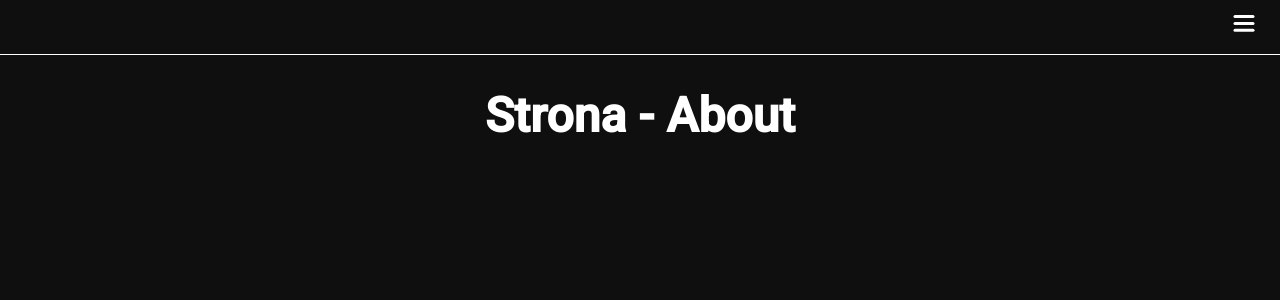
Repository: KrzysKolo/sr_tydzien5_zad3
Page: /About
An editor plug-in stored every save of this project. The page is shown before and after the next save, followed by the edit.
The browser window is 1280 px wide. The pictures show the whole page.
The project was rebuilt for these pictures with package versions that can differ from the ones it lists, and the page was loaded fresh each time. Also part of the build but not shown: src/components/pages/Home.js, src/components/pages/Contact.js, src/components/pages/Products.js.

Above is the page before, as saved 2020-12-31 12:40:57.

### public/index.html
<!DOCTYPE html>
<html lang="en">
  <head>
    <meta charset="utf-8" />
    <link rel="icon" href="%PUBLIC_URL%/favicon.ico" />
    <meta name="viewport" content="width=device-width, initial-scale=1" />
    <meta name="theme-color" content="#000000" />
    <meta
      name="description"
      content="Web site created using create-react-app"
    />
    <link rel="apple-touch-icon" href="%PUBLIC_URL%/logo192.png" />
    <!--
      manifest.json provides metadata used when your web app is installed on a
      user's mobile device or desktop. See https://developers.google.com/web/fundamentals/web-app-manifest/
    -->
    <link rel="manifest" href="%PUBLIC_URL%/manifest.json" />
    <!--
      Notice the use of %PUBLIC_URL% in the tags above.
      It will be replaced with the URL of the `public` folder during the build.
      Only files inside the `public` folder can be referenced from the HTML.

      Unlike "/favicon.ico" or "favicon.ico", "%PUBLIC_URL%/favicon.ico" will
      work correctly both with client-side routing and a non-root public URL.
      Learn how to configure a non-root public URL by running `npm run build`.
    -->
    <link rel="preconnect" href="https://fonts.gstatic.com">
    <link href="https://fonts.googleapis.com/css2?family=Poppins:wght@300;400&family=Roboto:wght@500&display=swap" rel="stylesheet">
    <title>Menu nawigacyjne</title>
  </head>
  <body>
    <noscript>You need to enable JavaScript to run this app.</noscript>
    <div id="root"></div>
    <!--
      This HTML file is a template.
      If you open it directly in the browser, you will see an empty page.

      You can add webfonts, meta tags, or analytics to this file.
      The build step will place the bundled scripts into the <body> tag.

      To begin the development, run `npm start` or `yarn start`.
      To create a production bundle, use `npm run build` or `yarn build`.
    -->
  </body>
</html>

### src/App.js
import React from 'react';
import styled from 'styled-components';
import './App.css';
import { BrowserRouter as Router, Route } from 'react-router-dom';
import Navbar from './components/navbar/Navbar';
import Home from './components/pages/Home';
import Contact from './components/pages/Contact';
import About from './components/pages/About';
import Products from './components/pages/Products';

const AppContainer = styled.div`
  width: 100vw;
  height: 100vh;
  display: flex;
  flex-direction: column;
  align-items: center;
  background-color: rgba(15, 15, 15, 1);
  color: #fff;
`;
const InnerContainer = styled.div`
  width: 100%;
  display: flex;
  flex-direction: column;
  align-items: center;
  padding: 2rem;
`;
const SomeContent = styled.h2`
  color: #fff;
`;
const App = () => {
  return (
    <Router>
      <AppContainer>
        <Navbar />
        <InnerContainer>
          <SomeContent>
            <Route path="/" exact component={Home} />
            <Route path="/About" component={About} />
            <Route path="/Contact" component={Contact} />
            <Route path="/Products" component={Products} />
          </SomeContent>
        </InnerContainer>
      </AppContainer>
    </Router>
  )
}

export default App;

### src/App.css
* {
  box-sizing: border-box;
  padding: 0;
  margin: 0;
}
body {
  font-family: "Roboto", sans-serif;
}

### src/components/navbar/Navbar.js
import React from 'react';
import styled from 'styled-components';
import HamburgerMenu from './../../components/hamburgerMenu/HamburgerMenu';

const NavbarContainer = styled.div`
    width: 100vw;
    height: 55px;
    border-bottom: 1px solid #fff;
    display: flex;
    flex-direction: row-reverse;
    align-items: center;
    padding: 0 1.5rem;
`;
const Navbar = () => {
    return (
        <NavbarContainer>
            <HamburgerMenu />
        </NavbarContainer>
    )
}

export default Navbar;

### src/components/pages/About.js
import React from 'react';

const About = () => {
    return (
        <>
            <h1>Strona - About</h1>
        </>
    )
}

export default About;

### src/components/hamburgerMenu/HamburgerMenu.js
import React, { useState } from 'react';
import styled from 'styled-components';
import MenuToggle from './MenuToggle';
import NavMenu from './NavMenu';
import { motion } from 'framer-motion';
import { FontAwesomeIcon } from '@fortawesome/react-fontawesome';
import { faUserCircle } from '@fortawesome/free-solid-svg-icons';

const HamburgerMenuContainer = styled.div`
    display: flex;
`;

const HamburgerIcon = styled.div`
    color: ${({ reverseColor }) => reverseColor ? "#000" : "#fff"};
    cursor: pointer;
    z-index: 99;
    transition: all 0.25s ease-in-out;
`;

const MenuContainer = styled(motion.div)`
    height: 100%;
    width: 100%;
    max-width: 100%;
    background-color: #fff;
    box-shadow: -2px 0 2px rgba(15, 15, 15, 0.3);
    z-index: 90;
    position: fixed;
    top: 0;
    right: 0;
    transform: translateX(4em);
    user-select: none;
    padding: 1rem 2.5rem;

`;

const TopContainer = styled.div`
    display: flex;
    width: 100%;
`;

const IconContainer = styled.div`
    font-size: 15px;
    color: #555;
    padding-right: 5px;
`;

const LoginButton = styled(motion.button)`
    border: 0;
    background: transparent;
    color: #555;
    display: flex;
    flex-direction: row;
    font-size: 13px;
    font-weight: 700;
    transition: all .25s ease-in-out;
    &:hover {
        color: #666;
    }
    &:focus {
        outline: none;
    }
    &:not(:last-of-type){
        border-right: 1px solid #cecece;
        padding-right: 10px;
        margin-right: 10px;
    }
`;

const ContentContainer = styled.div`
    display: flex;
    flex-direction: column;
    margin-top: 1rem;
`;

const menuTransition = { type: "spring", duration: 1, stiffness: 33, delay: 0.1 }
const menuVariants = {
    open: {
        transform: "translateX(3%)",
    },
    closed: {
        transform: "translateX(103%)",
    },
}

const HamburgerMenu = (props) => {
    const [isOpen, setIsOpen] = useState(false)
    const toggleMenu = () => {
        setIsOpen(!isOpen);
    }
    return (
        <HamburgerMenuContainer>
            <HamburgerIcon>
                <MenuToggle toggle={toggleMenu} isOpen={isOpen} />
            </HamburgerIcon>

            <MenuContainer
            initial={false}
            animate={isOpen ? "open" : "closed"}
            variants={menuVariants}
            transition={menuTransition}>
                <TopContainer>
                    <LoginButton>
                        <IconContainer>
                            <FontAwesomeIcon icon={faUserCircle}/>
                        </IconContainer>
                        LOGIN
                    </LoginButton>
                    <LoginButton>
                        JOIN US
                    </LoginButton>
                </TopContainer>
                <ContentContainer>
                    <NavMenu toggle={toggleMenu}  isOpen={isOpen} />
                </ContentContainer>
            </MenuContainer>

        </HamburgerMenuContainer>
    )
}

export default HamburgerMenu;

### src/components/hamburgerMenu/MenuToggle.js
import { motion } from 'framer-motion';
import React from 'react';
import styled from 'styled-components';

const Button = styled.div`
    z-index: 99;
    cursor: pointer;
`;

const Path = (props) => (
    <motion.path fill="transparent" strokeLinecap="round" strokeWidth="3" {...props} />
)
const transition = { duration: 0.3 };
const MenuToggle = ({ toggle, isOpen }) => {
    return (
        <Button onClick={toggle}>
            <svg width="23" height="23" viewBox="0 0 23 23">
                <Path animate={isOpen ? "open" : "closed"} initial={false}
                variants={{
                    closed: {d: "M 2 2.5 L 20 2.5", stroke: "hsl(0, 0%, 100%)"},
                    open: {d: "M 3 16.5 L 17 2.5", stroke: "hsl(0, 0%, 18%)"},
                }} transition={transition} />
                <Path
                d="M 2 9.423 L 20 9.423"
                stroke="hsl(0, 0%, 100%)"
                animate={isOpen ? "open" : "closed"}
                initial={false}
                variants={{
                    closed: { opacity: 1},
                    open: { opacity: 0 },
                }} transition={transition} />
                <Path
                animate={isOpen ? "open" : "closed"}
                 initial={false}
                variants={{
                    closed: {d: "M 2 16.346 L 20 16.346", stroke: "hsl(0, 0%, 100%)"},
                    open: {d: "M 3 2.5 L 17 16.346", stroke: "hsl(0, 0%, 18%)"},
                }} transition={transition} />
            </svg>

        </Button>
    )
}

export default MenuToggle;

### src/components/hamburgerMenu/NavMenu.js
import React from 'react';
import styled from 'styled-components';
import { motion } from 'framer-motion';
import { NavLink } from 'react-router-dom';

const NavMenuContainer = styled.div`
    width: 100%;
    display: flex;
    flex-direction: column;
`;
const NavList = styled.ul`
    padding: 0 0.8em;
    width: 100%;
    display: flex;
    flex-direction: column;
`;
const NavButton = styled.div`
    background: linear-gradient(90deg, rgba(219,219,219,0.1) 0%, rgba(255,255,255,1)  50%, rgba(219,219,219,0.1) 100%);
    text-align: center;
    line-height: 55px;
    border-bottom: 2px solid rgba(219, 219, 219, .4);
    color: #555;
    font-size: 18px;
    margin-right: 30px;
    font-weight: 600;
    height: 55px;
    transition: all 0.25s ease-in-out;
    &:hover{
        background: linear-gradient(90deg, rgba(255,255,255,1) 0%, rgba(219,219,219,0.1) 50%, rgba(255,255,255,1) 100%);
        color: rgb(255, 0, 0);
    }
`;
const NavLinks = styled(motion.li)`
    border-bottom: 2px solid rgba(219, 219, 219, .4);
    margin-right: 30px;
    font-weight: 600;
    height: 55px;
    display: flex;
    align-items: center;
    cursor: pointer;

    a {
        font-size: 18px;
        color: #444;
        text-decoration: none;
        transition: all 0.2s ease-in-out;
    }
    .active {
        border-left: 6px solid red;
        padding-left: 5px;
}
    &:hover {
        background: linear-gradient(90deg, rgba(255,255,255,1) 0%, rgba(219,219,219,0.1) 50%, rgba(255,255,255,1) 100%);
        border-bottom: 2px solid rgba(219, 219, 219, .2);
        a {
            color: rgba(85, 85, 85, .8);
        }

    }
`;
const variants = {
    show: {
        transform: "translateX(0em)",
        opacity: 1,
    },
    hide: {
        transform: "translateX(5em)",
        opacity: 0,
    },
}
const NavMenu = ({ isOpen, toggle }) => {
    return (
        <NavMenuContainer>
            <NavList>
                <NavLinks
                initial={false}
                animate={ isOpen ? "show" : "hide"}
                variants={{
                    show: {
                         ...variants.show,
                         transition: { delay: 0.3, duration: 0.2},
                        },
                    hide: {
                        ...variants.hide,
                        transition: { delay: 0.05, duration: 0.05 },
                        },
                    }}
    >
                    <NavLink to="/" exact>Home</NavLink>
                </NavLinks>
                <NavLinks
                initial={false}
                animate={ isOpen ? "show" : "hide"}
                variants={{
                    show: {
                         ...variants.show,
                         transition: { delay: 0.4, duration: 0.2},
                        },
                    hide: {
                        ...variants.hide,
                        transition: { delay: 0.1, duration: 0.05 },
                        },
                    }}
    >
                    <NavLink to="/products">Products</NavLink>
                </NavLinks>
                <NavLinks
                initial={false}
                animate={ isOpen ? "show" : "hide"}
                variants={{
                    show: {
                         ...variants.show,
                         transition: { delay: 0.5, duration: 0.2},
                        },
                    hide: {
                        ...variants.hide,
                        transition: { delay: 0.15, duration: 0.05 },
                        },
                    }}
    >
                    <NavLink to="/about">About</NavLink>
                </NavLinks>
                <NavLinks
                initial={false}
                animate={ isOpen ? "show" : "hide"}
                variants={{
                    show: {
                         ...variants.show,
                         transition: { delay: 0.6, duration: 0.2},
                        },
                    hide: {
                        ...variants.hide,
                        transition: { delay: 0.2, duration: 0.05 },
                        },
                    }}
    >
                    <NavLink to="/contact">Contact</NavLink>
                </NavLinks>
                <NavButton onClick={toggle}>Close</NavButton>

            </NavList>
        </NavMenuContainer>

    )
}

export default NavMenu;

Loaded but not shown: src/index.js (common file); src/index.css (common file)

After the next save:
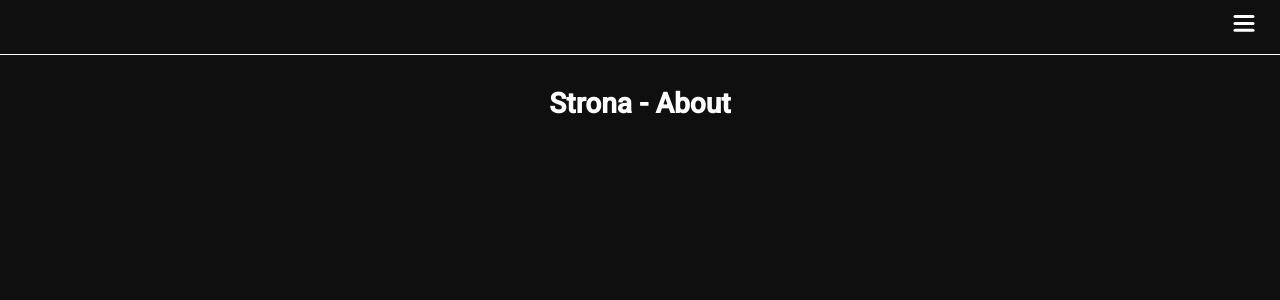
Saved 101 s later.
--- a/src/components/pages/About.js
+++ b/src/components/pages/About.js
@@ -3,7 +3,7 @@ import React from 'react';
 const About = () => {
     return (
         <>
-            <h1>Strona - About</h1>
+            <h3>Strona - About</h3>
         </>
     )
 }
